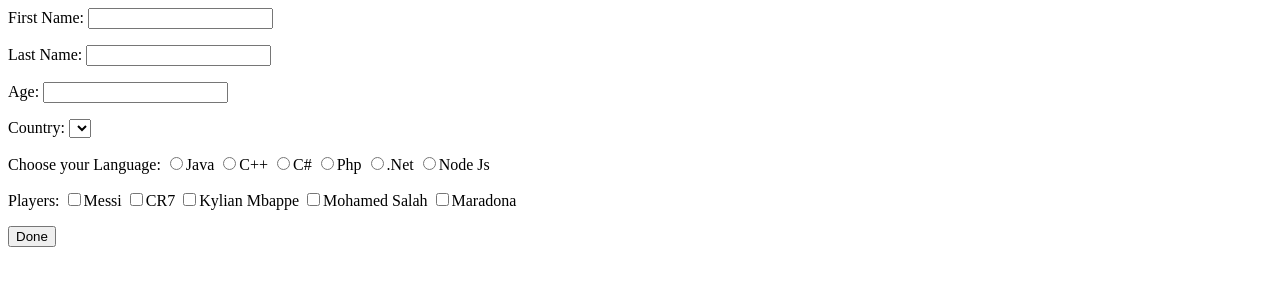
Repository: Moustafa-Ali-Khater/Spring-Data_Hibernate
Page: http://localhost/Spring_MVC/WEB-INF/view/Student-Front-MVC-Tags/student-account.jsp
An editor plug-in stored every save of this project. The page is shown before and after the next save, followed by the edit.
The browser window is 1280 px wide. The pictures show the whole page.
The page is served by Tomcat 9. Nobody is signed in. Other server files are loaded and not shown. The template is opened directly, without the code that normally fills it, so the values that code supplies are empty.

Above is the page before, as saved 2023-08-02 18:13:06.

### Spring_MVC/WebContent/WEB-INF/view/Student-Front-MVC-Tags/student-account.jsp
<%@ page language="java" contentType="text/html; charset=ISO-8859-1"
    pageEncoding="ISO-8859-1"%>
<%@ taglib prefix="f" uri="http://www.springframework.org/tags/form" %>

<!DOCTYPE html>
<html>
<head>
<meta charset="ISO-8859-1">
<title>Insert title here</title>
<style type="text/css">
	.error {
		color: red;
		font-weight: bold;
	}
</style>
</head>
<body>

	<f:form action="process-mvc-tags" modelAttribute="student">
		First Name: <f:input path="fName"/>
		<f:errors path="fName" cssClass=".error"/>
		<p>Last Name: <f:input path="lName"/></p>
		<p>Age: <f:input path="Age"/></p>
		Country:
		<!-- <f:select path="country">
			<f:option value="Egypt" label="Egypt"/>
			<f:option value="USA" label="USA"/>
			<f:option value="Germany" label="German"/>
			<f:option value="Russia" label="Russia"/>
		</f:select> -->

		<f:select path="country">
			<f:options items= "${student.countryselected}"/>
		</f:select>

		<p>Choose your Language:
		<f:radiobutton path="language" value="Java"/>Java
		<f:radiobutton path="language" value="C++"/>C++
		<f:radiobutton path="language" value="C#"/>C#
		<f:radiobutton path="language" value="Php"/>Php
		<f:radiobutton path="language" value=".Net"/>.Net
		<f:radiobutton path="language" value="Node Js"/>Node Js</p>

		<p>Players:
		<f:checkbox path="players" value="Messi"/>Messi
		<f:checkbox path="players" value="CR7"/>CR7
		<f:checkbox path="players" value="Kylian Mbappe"/>Kylian Mbappe
		<f:checkbox path="players" value="Mohamed Salah"/>Mohamed Salah
		<f:checkbox path="players" value="Maradona"/>Maradona


		<p><input type="submit" value="Done"></p>

	</f:form>

</body>
</html>

After the next save:
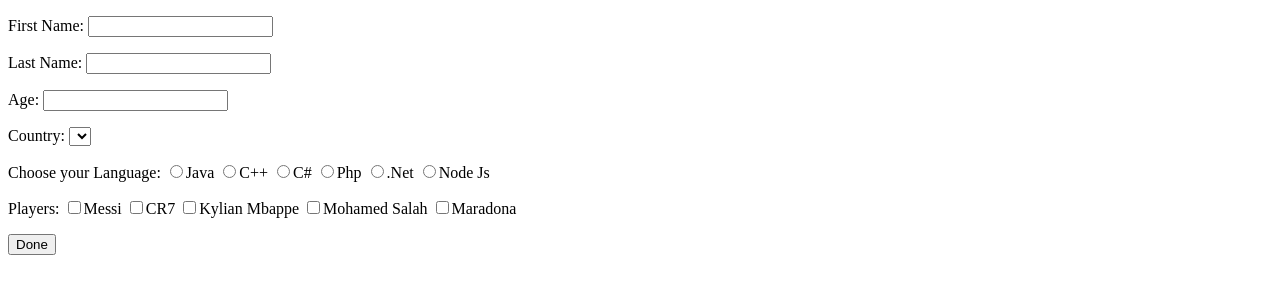
Saved 100 s later.
--- a/Spring_MVC/WebContent/WEB-INF/view/Student-Front-MVC-Tags/student-account.jsp
+++ b/Spring_MVC/WebContent/WEB-INF/view/Student-Front-MVC-Tags/student-account.jsp
@@ -17,8 +17,8 @@
 <body>
 
 	<f:form action="process-mvc-tags" modelAttribute="student">
-		First Name: <f:input path="fName"/>
-		<f:errors path="fName" cssClass=".error"/>
+		<p>First Name: <f:input path="fName"/>
+		<f:errors path="fName" cssClass=".error"/></p>
 		<p>Last Name: <f:input path="lName"/></p>
 		<p>Age: <f:input path="Age"/></p>
 		Country:
